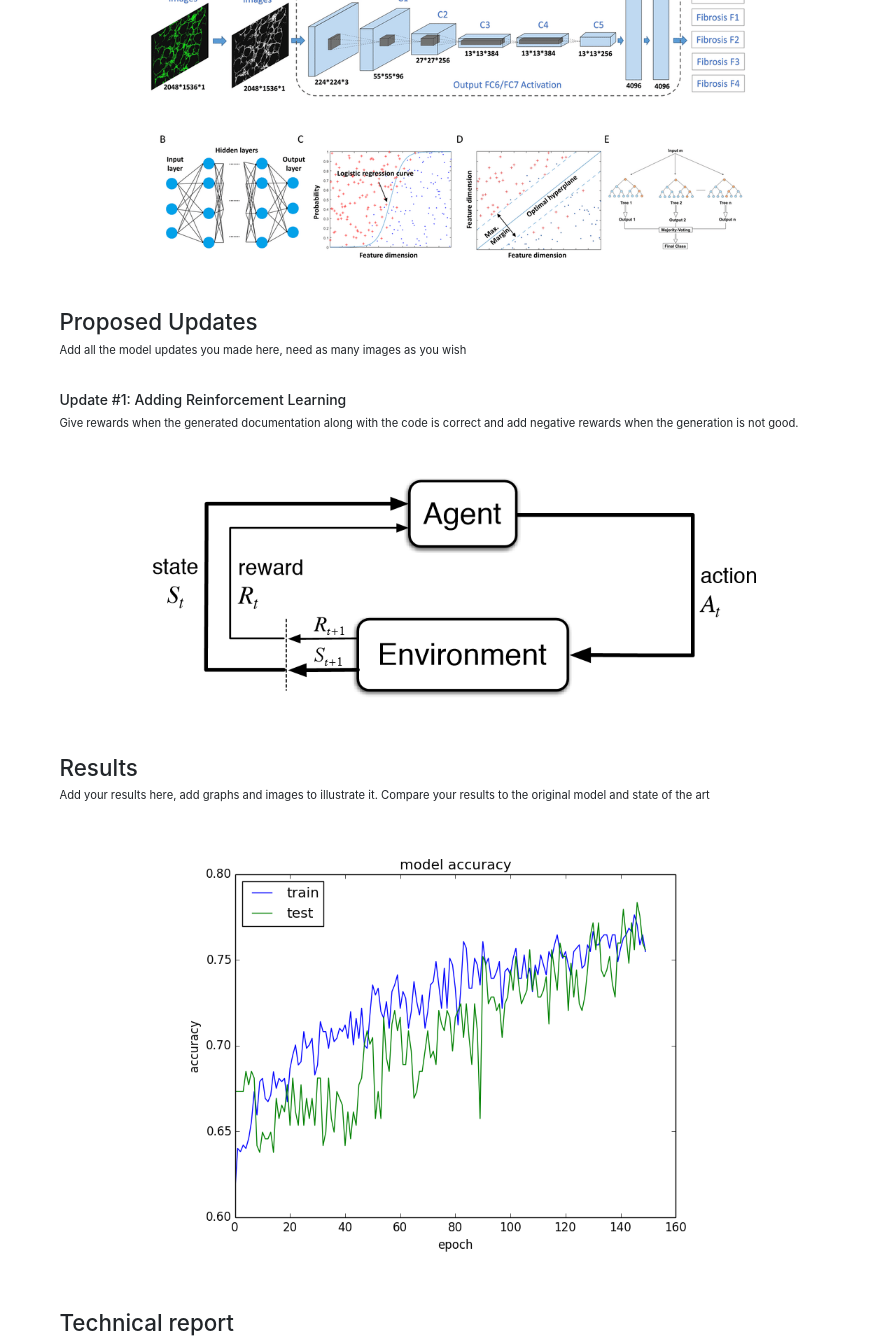
Repository: Shaalan-omar/ConcodePlus
Page: team-specific/index.html
An editor plug-in stored every save of this project. The page is shown before and after the next save, followed by the edit.
The browser window is 1280 px wide. The pictures show the part of the page from y = 4580 to 6500 px (the page is 7055 px tall before and 7079 px after), at 70% of full size.

Above is the page before, as saved 2023-05-12 03:55:19.

### team-specific/index.html
<!DOCTYPE html>
<html lang="en">

<head>

  <meta charset="utf-8">
  <meta name="viewport" content="width=device-width, initial-scale=1, shrink-to-fit=no">
  <meta name="description" content="">
  <meta name="author" content="">

  <title>Code Generation / Documentation model based on CodeT5</title>

  <!-- Bootstrap core CSS -->
  <link href="../vendor/bootstrap/css/bootstrap.min.css" rel="stylesheet">

</head>

<body>

  <!-- Navigation -->
  <nav class="navbar navbar-expand-lg navbar-dark bg-dark static-top">
    <div class="container">
      <a class="navbar-brand" href="../home.html">Practical Machine Deep Learning</a>
      <button class="navbar-toggler" type="button" data-toggle="collapse" data-target="#navbarResponsive" aria-controls="navbarResponsive" aria-expanded="false" aria-label="Toggle navigation">
        <span class="navbar-toggler-icon"></span>
      </button>
      <div class="collapse navbar-collapse" id="navbarResponsive">
        <ul class="navbar-nav ml-auto">
          <li class="nav-item active">
            <a class="nav-link" href="../home.html">Home
              <span class="sr-only">(current)</span>
            </a>
          </li>
          <li class="nav-item">
            <a class="nav-link" href="../about.html">About</a>
          </li>
          <li class="nav-item">
            <a class="nav-link" href="../contact.html">Contact</a>
          </li>
        </ul>
      </div>
    </div>
  </nav>

  <!-- Page Content -->
  <div class="container">
    <div class="row">
      <div class="col-lg-12 text-center">
        <h1 class="mt-5">Code Generation / Documentation model based on CodeT5</h1>
        <ul class="list-unstyled">
          <li>Omar Shaalan 900193887</li>
          <li>Kyrollos Zakarya 900203309</li>
        </ul>
      </div>
    </div>


    <div class="row">
      <div class="col-lg-12 text-left">
        <h2 class="mt-5"></h2>
		<p>
			Code generation is a very important in our current daily life. However, the documentation of the code is beyond important too,
      we need the code that is generated to have a documentation generated with it in order to be able to generate a code that is understandable
      and increase the efficency (we increase the efficency of the code by providing documentation for the code so it will be easy to reuse/extract needed parts of the code)
		</p>
      </div>
    </div>

    <div class="row">
      <div class="col-lg-12 text-left">
        <h2 class="mt-5">Dataset</h2>

        <p>
			Our initial plan was to work with the Cocode's task dataset, which is concode (the code generation task), this was intentionally our intution
      as our task, ConcodePlus(the code generation with documentation), was going to generate the code that concode generated but with comments. However,
      in concode's dataset we only had the code and the Natural Language describing the code, but no dataset had the code itself with comments in the same coloumn,
      this of course limited our ways
      to train the model on genreating a documented code, as we had no clear dataset that had code, comments for that code, all we had was datasets having code and
      a natural language describing the code, as illustrated in the visualization of the Concode's dataset below.
    </p>
    <br/> <!-- Empty Line before the image -->
    <div class="img-container" align="center"> <!-- Block parent element -->
        <img src="resources/images/concode.png" class="img-fluid text-center">
    </div>
    <br/> <!-- Empty Line after the image -->
<p>
  Hence, we had to make a major change, that will allow us to have a dataset that contains a pair consisting of code and a prompt as usual describing
      the code, but in the code's column we added comments to the code itself in the same coloumn.
      This was our own dataset, and we called PyPlus, as this dataset works on Python codes only, and the plus part is because it is the first of its
      type to contain code with a detailed comments of the code in the same column, or at least the first
      of its type as an open source dataset, as we have found no dataset in python storing data in that way.
</p>
<br/> <!-- Empty Line before the image -->
<div class="img-container" align="center"> <!-- Block parent element -->
    <img src="resources/images/dataset.png" class="img-fluid text-center">
</div>

      </div>
    </div>

    <div class="row">
      <div class="col-lg-12 text-left">
        <h2 class="mt-5">Input/Output Examples</h2>

        <p>
			 Problem statement: -
		</p>

		<br/> <!-- Empty Line before the image -->
	    <div class="img-container" align="center"> <!-- Block parent element -->
      		<img src="resources/images/Problem_Stat_1.png" class="img-fluid text-center">
    	</div>

    	<br/> <!-- Empty Line after the image -->

      <br/> <!-- Empty Line before the image -->
	    <div class="img-container" align="center"> <!-- Block parent element -->
      		<img src="resources/images/Problem_Stat_2.png" class="img-fluid text-center">
    	</div>

    	<br/> <!-- Empty Line after the image -->
      </div>
    </div>

    <p class = "center">
      Feel the difference?
   </p>
    <div class="row">
      <div class="col-lg-12 text-left">
        <h2 class="mt-5">State of the art (PARSEL)</h2>

        <p>
			SOTA models and their accuracies (tables are needed I believe):-
		</p>

		<br/> <!-- Empty Line before the image -->
	    <div class="img-container" align="center"> <!-- Block parent element -->
      		<img src="resources/images/parsel_1.png" class="img-fluid text-center">
    	</div>
    	<br/> <!-- Empty Line after the image -->

      <br/> <!-- Empty Line before the image -->
	    <div class="img-container" align="center"> <!-- Block parent element -->
      		<img src="resources/images/parsel_2.png" class="img-fluid text-center">
    	</div>
    	<br/> <!-- Empty Line after the image -->

      <br/> <!-- Empty Line before the image -->
	    <div class="img-container" align="center"> <!-- Block parent element -->
      		<img src="resources/images/parsel_3.png" class="img-fluid text-center">
    	</div>
    	<br/> <!-- Empty Line after the image -->
      </div>
    </div>

    <div class="row">
      <div class="col-lg-12 text-left">
        <h2 class="mt-5">Orignial Model from Literature LEFT LESA</h2>

        <p>
			Details about the model here, add your model images below
		</p>

		<br/> <!-- Empty Line before the image -->
	    <div class="img-container" align="center"> <!-- Block parent element -->
      		<img src="resources/images/model.png" class="img-fluid text-center">
    	</div>
    	<br/> <!-- Empty Line after the image -->
      </div>
    </div>

    <div class="row">
      <div class="col-lg-12 text-left">
        <h2 class="mt-5">Proposed Updates</h2>

        <p>
			Add all the model updates you made here, need as many images as you wish
		</p>

		<h5 class="mt-5">Update #1: Adding Reinforcement Learning</h5>
		<p>
			Give rewards when the generated documentation along with the code is correct and add negative rewards when the generation is not good.
		</p>
		<br/> <!-- Empty Line before the image -->
	    <div class="img-container" align="center"> <!-- Block parent element -->
      		<img src="resources/images/reinforcement.png" class="img-fluid text-center">
    	</div>
    	<br/> <!-- Empty Line after the image -->
      </div>
    </div>


    <div class="row">
      <div class="col-lg-12 text-left">
        <h2 class="mt-5">Results</h2>

        <p>
			Add your results here, add graphs and images to illustrate it.
			Compare your results to the original model and state of the art
		</p>

		<br/> <!-- Empty Line before the image -->
	    <div class="img-container" align="center"> <!-- Block parent element -->
      		<img src="resources/images/results.png" class="img-fluid text-center">
    	</div>
    	<br/> <!-- Empty Line after the image -->
      </div>
    </div>


    <div class="row">
      <div class="col-lg-12 text-left">
        <h2 class="mt-5">Technical report</h2>

        <p>
			Here you will detail the details related to training, for example:
		</p>

	 	<ul>
		  <li>Programming framework</li>
		  <li>Training hardware i.e. colab or azure or anything else</li>
		  <li>Training time</li>
		  <li>Number of epochs</li>
		  <li>Time per epoch</li>
		  <li>Any other important detail or difficulties</li>
		</ul>
      </div>
    </div>

	<div class="row">
	  <div class="col-lg-12 text-left">
	    <h2 class="mt-5">Conclusion</h2>

	    <p>
			Conclusion and future work (including lessons learned and interesting findings
		</p>

	  </div>
	</div>

	<div class="row">
	  <div class="col-lg-12 text-left">
	    <h2 class="mt-5">References</h2>

	    <p>
	    	List all references here, the following are only examples
	    </p>

		<ol>
		  <li><a href="https://arxiv.org/pdf/2212.10561v2.pdf">Parsel Paper</a></li>
		  <li><a href="https://arxiv.org/pdf/2109.00859v1.pdf">CodeT5 PaperL</a></li>
		  <li><a href="http://www.google.com">Dataset Link</a></li>
		</ol>
	  </div>
	</div>

  </div>



  <!-- Bootstrap core JavaScript -->
  <script src="../vendor/jquery/jquery.slim.min.js"></script>
  <script src="../vendor/bootstrap/js/bootstrap.bundle.min.js"></script>

</body>

</html>

Loaded but not shown: vendor/bootstrap/css/bootstrap.min.css (library); vendor/jquery/jquery.slim.min.js (library); vendor/bootstrap/js/bootstrap.bundle.min.js (library)

After the next save:
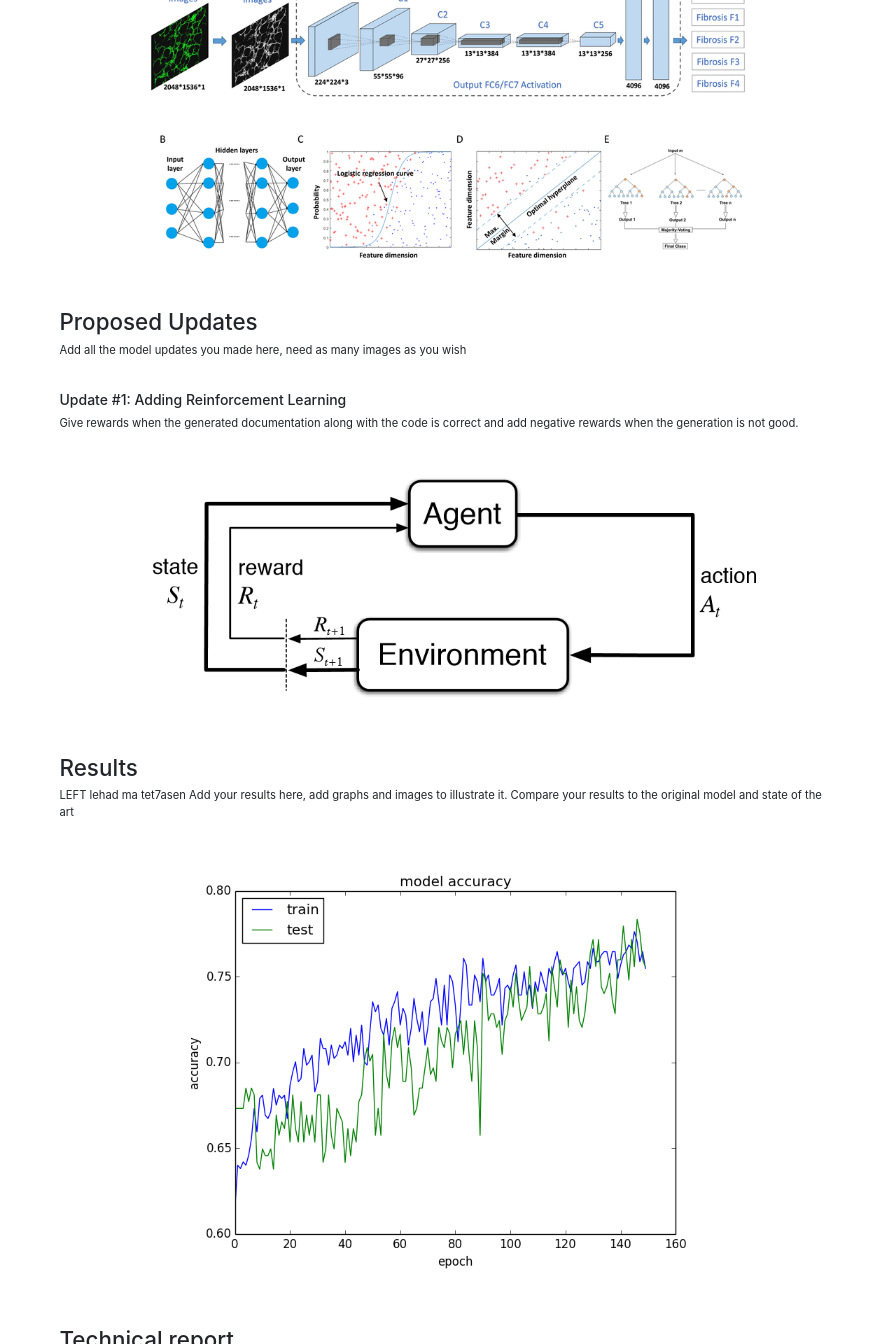
Saved 22 s later.
--- a/team-specific/index.html
+++ b/team-specific/index.html
@@ -195,7 +195,7 @@
         <h2 class="mt-5">Results</h2>
 
         <p>
-			Add your results here, add graphs and images to illustrate it.
+			LEFT lehad ma tet7asen Add your results here, add graphs and images to illustrate it.
 			Compare your results to the original model and state of the art
 		</p>
 
